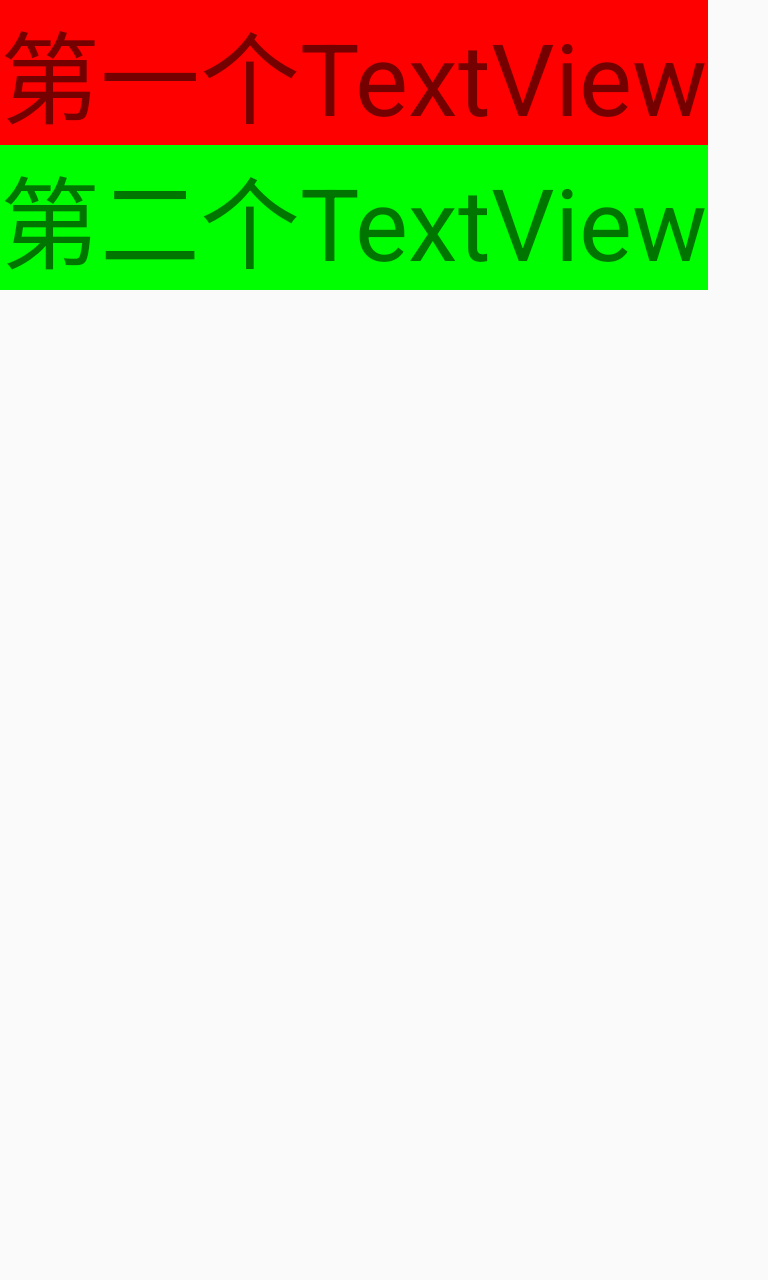
Repository: anqiongdy/androidworkspace
Layout: Layout/res/layout/first_layout.xml
The author's editor kept a copy of each file at every save. The layout is drawn from the files as they stood at one save, then again after the next save.
It is drawn on a 768 x 1280 px phone screen (xhdpi) without system bars, with theme AppTheme; the app's code is not run.

Above is the layout before, as saved 2014-05-03 13:50:12.

After the next save:
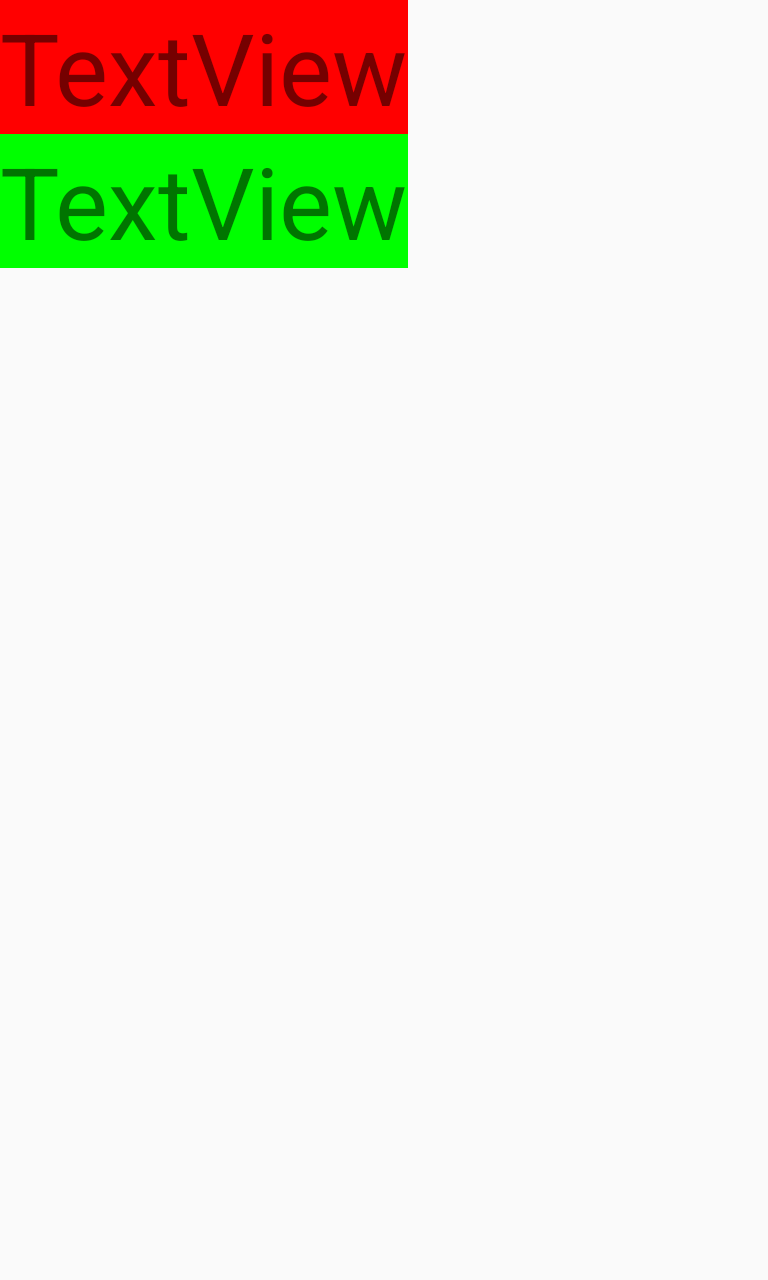
Saved 5 min 7 s later.
--- a/Layout/res/layout/first_layout.xml
+++ b/Layout/res/layout/first_layout.xml
@@ -8,13 +8,13 @@
         android:layout_height="wrap_content"
         android:background="#FF0000"
         android:textSize="50dp"
-        android:text="第一个TextView"/>
+        android:text="TextView"/>
 
         <TextView
         android:layout_width="wrap_content"
         android:layout_height="wrap_content"
         android:background="#00FF00"
         android:textSize="50sp"
-        android:text="第二个TextView"/>
+        android:text="TextView"/>
 
 </LinearLayout>
